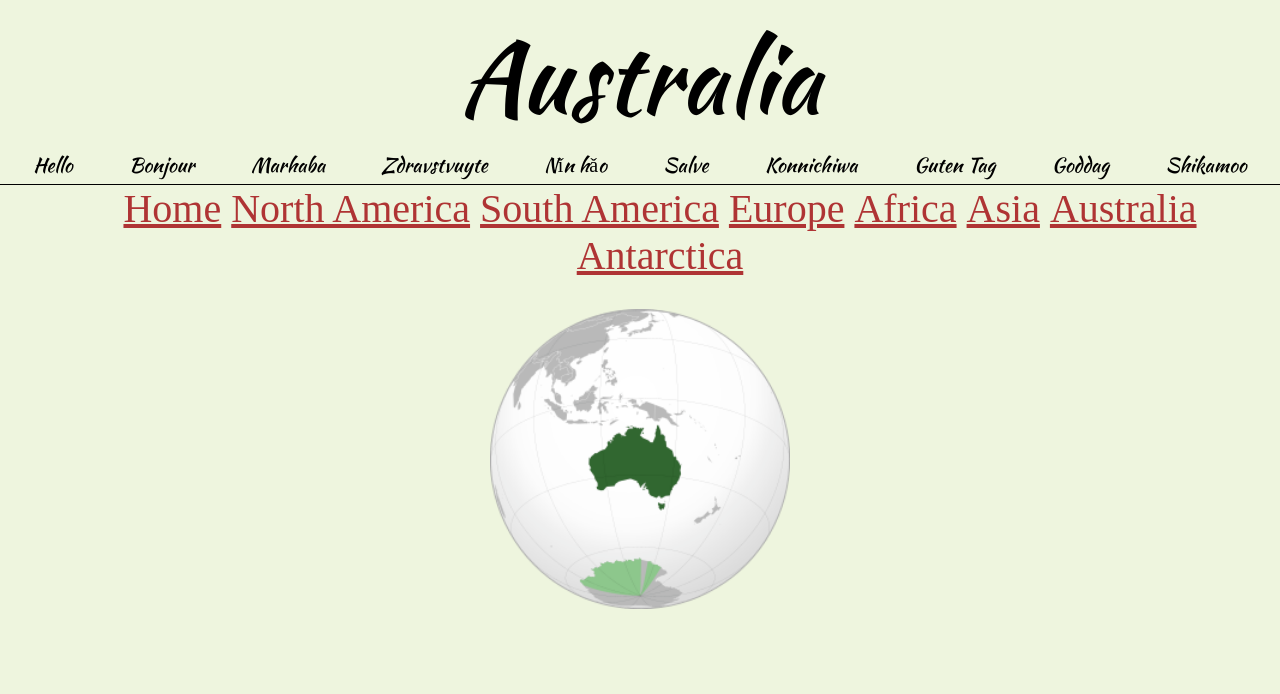
Repository: alharama/StaticWebsite
Page: au_page.html
These files come from the project's save history. The page is drawn as it stood at one moment and after the next save; the edit follows.
The browser window is 1280 px wide. The pictures show the whole page.

Above is the page before, as saved 2021-09-20 23:16:18.

After the next save:
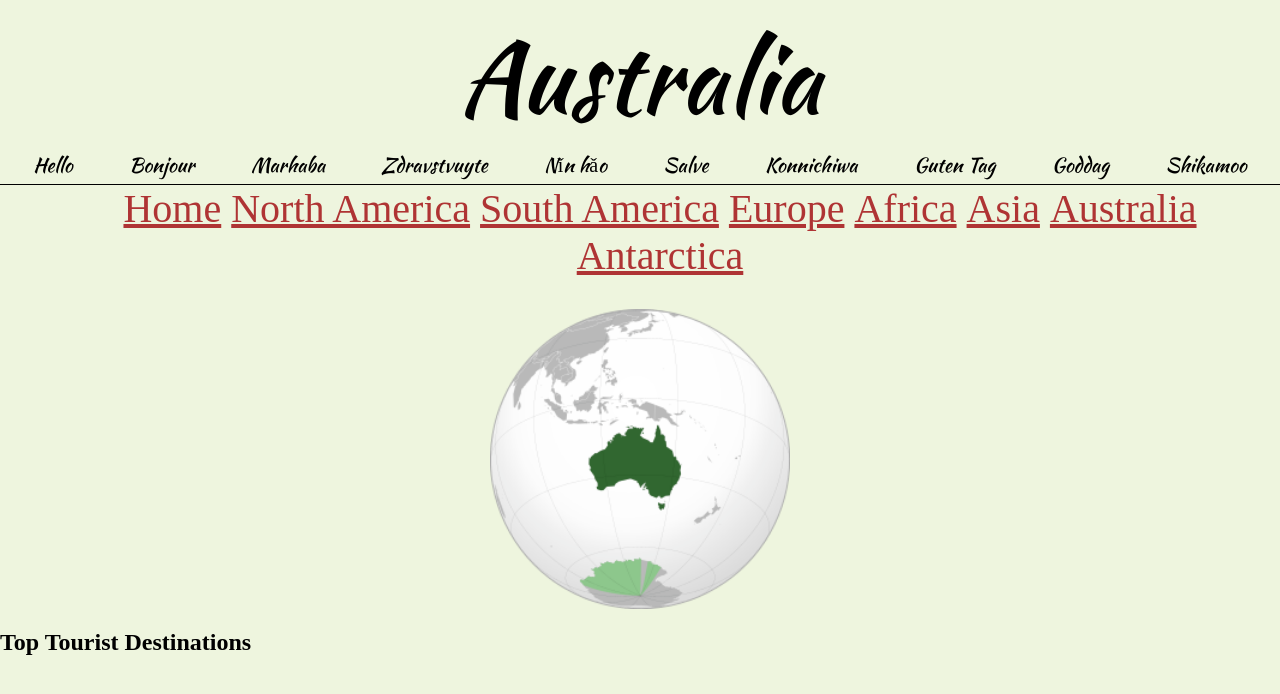
Saved 6 min 22 s later.
--- a/au_page.html
+++ b/au_page.html
@@ -110,7 +110,7 @@
         <img id="au" src="Australia.png" alt="Australia">
 
 
-
+        <h2> Top Tourist Destinations</h2>
 
 
     </body>
